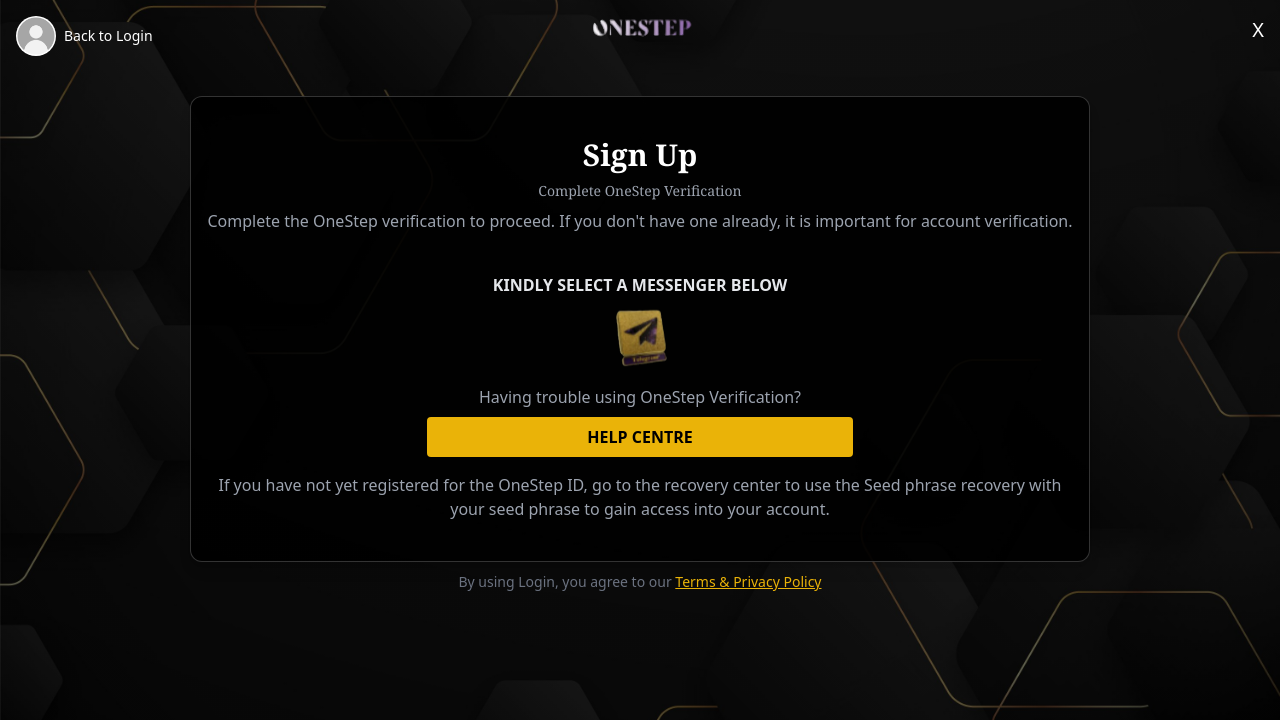
Repository: gloriousnetworker/onestep-authentication-system
Page: /sign-up
An editor plug-in stored every save of this project. The page is shown before and after the next save, followed by the edit.
The browser window is 1280 px wide. The pictures show the whole page.
The project was rebuilt for these pictures with package versions that can differ from the ones it lists, and the page was loaded fresh each time. Also part of the build but not shown: vite.config.js, src/pages/LoginPage.jsx, src/pages/GrantAccess.jsx, src/pages/GrantAccessSignup.jsx, src/pages/OTPVerificationPage.jsx, src/pages/OTPVerificationSignup.jsx, src/pages/AccountSetupPage.jsx, src/pages/PasswordPage.jsx and 7 more.

Above is the page before, as saved 2025-01-17 12:13:20.

After the next save:
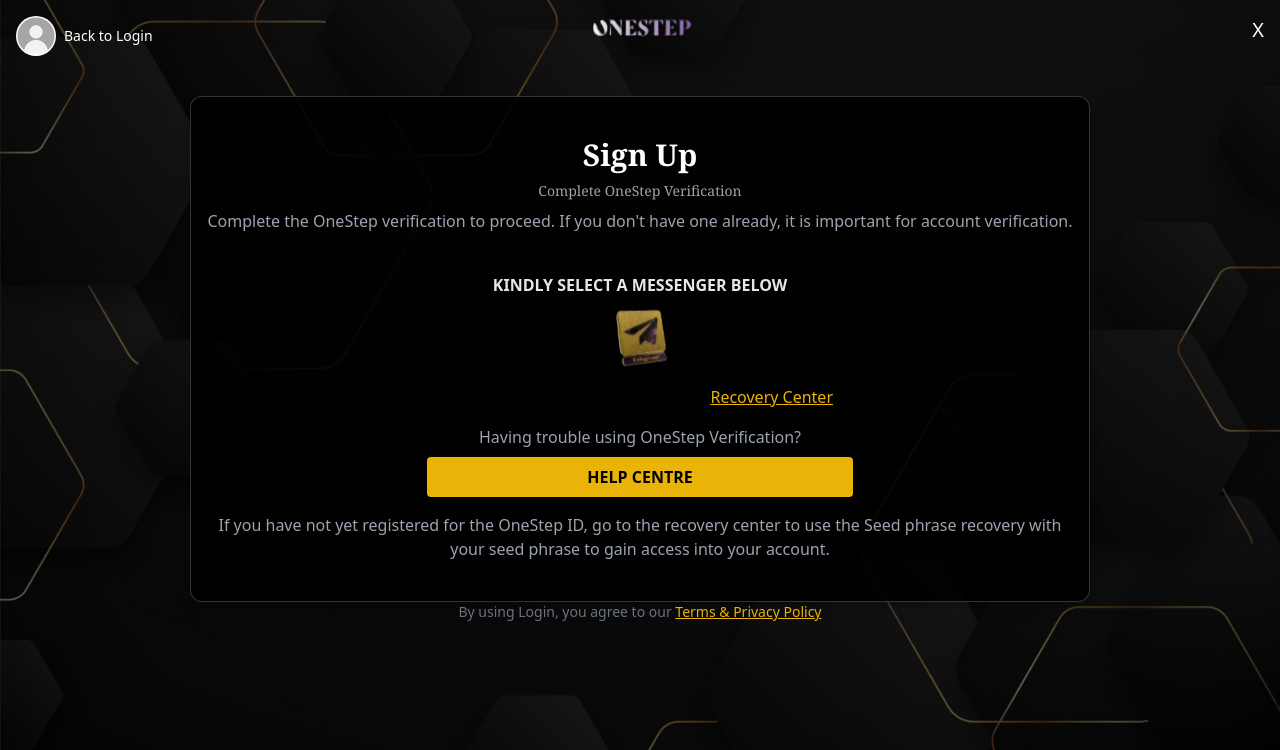
Saved 99 s later.
--- a/src/pages/SignupPage.jsx
+++ b/src/pages/SignupPage.jsx
@@ -72,8 +72,14 @@
             alt="Telegram icon for verification"
             className="w-12 sm:w-16 h-12 sm:h-16"
             loading="lazy"
-            onClick={handleGenerateOTP}
+            onClick={handleGenerateOTP}  // Clicking the logo generates OTP and navigates
           />
+          {redirecting && (
+            <div className="text-white mt-4">Redirecting to Telegram...</div>
+          )}
+          <div className="flex justify-end w-full mt-4 pr-8 sm:pr-28 lg:pr-60">
+            <span className="text-yellow-500 underline">Recovery Center</span>
+          </div>
         </div>
 
         {/* Help Center */}

After the save that followed:
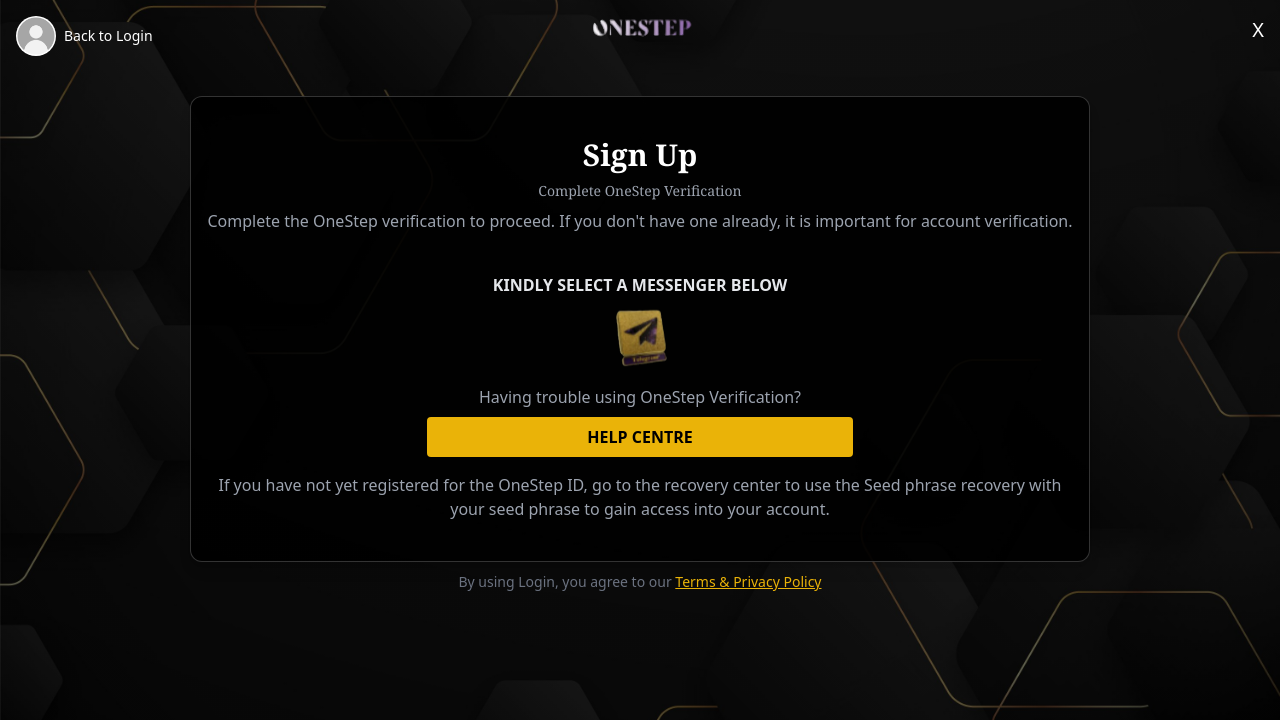
Saved 8 s later.
--- a/src/pages/SignupPage.jsx
+++ b/src/pages/SignupPage.jsx
@@ -77,9 +77,6 @@
           {redirecting && (
             <div className="text-white mt-4">Redirecting to Telegram...</div>
           )}
-          <div className="flex justify-end w-full mt-4 pr-8 sm:pr-28 lg:pr-60">
-            <span className="text-yellow-500 underline">Recovery Center</span>
-          </div>
         </div>
 
         {/* Help Center */}
